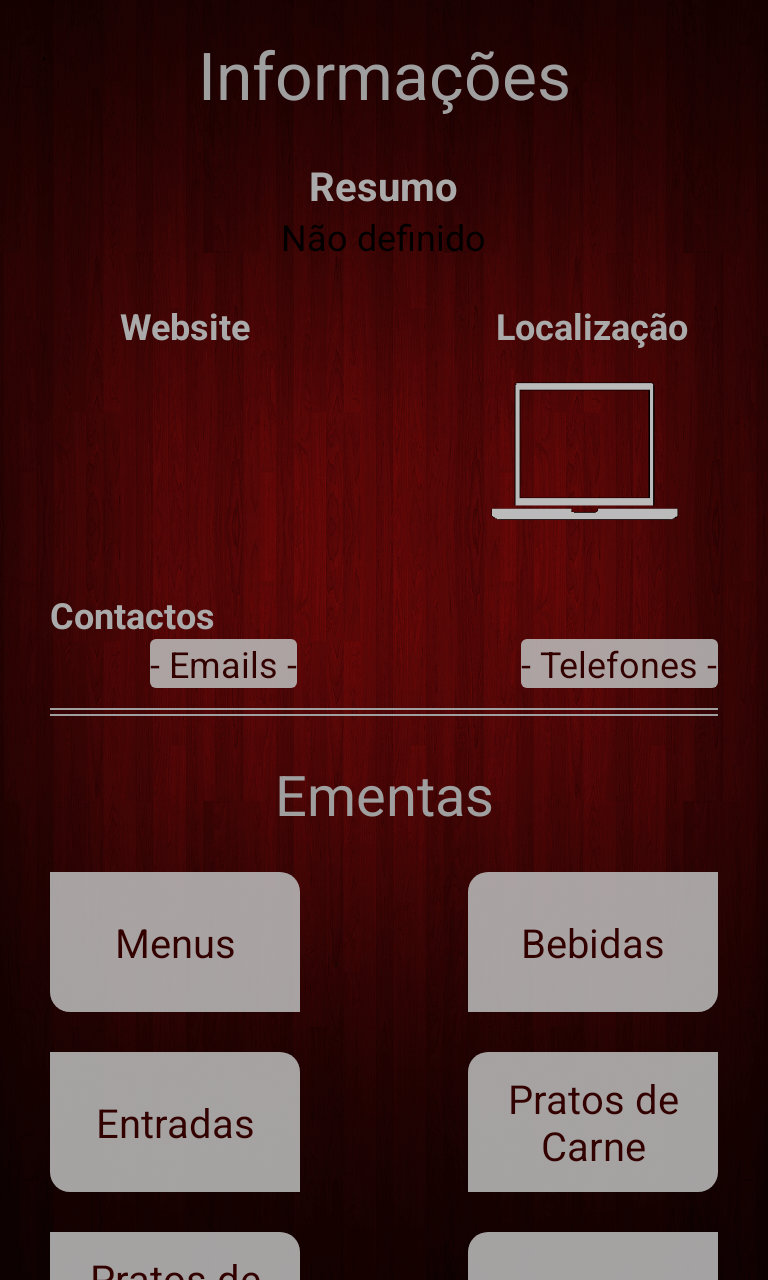
Repository: LuisFilipeDias/eMenu
Layout: SideMenuTutorial/res/layout/fragment.xml
The author's editor kept a copy of each file at every save. The layout is drawn from the files as they stood at one save, then again after the next save.
It is drawn on a 768 x 1280 px phone screen (xhdpi) without system bars, with theme Theme.Sherlock; the app's code is not run.

Above is the layout before, as saved 2013-12-23 22:10:16.

After the next save:
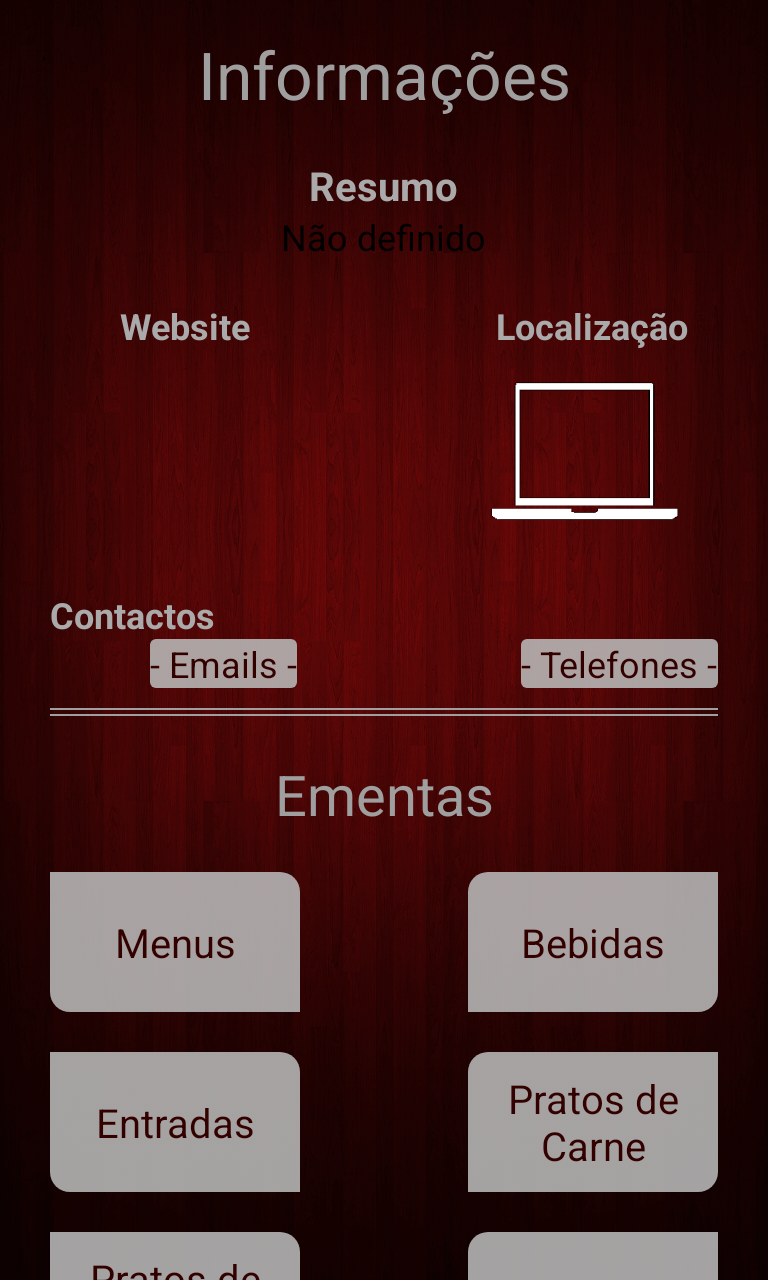
Saved 1 s later.
--- a/SideMenuTutorial/res/layout/fragment.xml
+++ b/SideMenuTutorial/res/layout/fragment.xml
@@ -104,7 +104,7 @@
 			       	android:layout_height="100dp"
 	               	android:layout_below="@+id/location_ttl"
 			       	android:layout_alignRight="@+id/location_ttl"
-			       	android:background="@drawable/website_clicked"
+			       	android:background="@drawable/website_click"
 			       	android:onClick="locationClicked" />
 
 		   		<TextView
